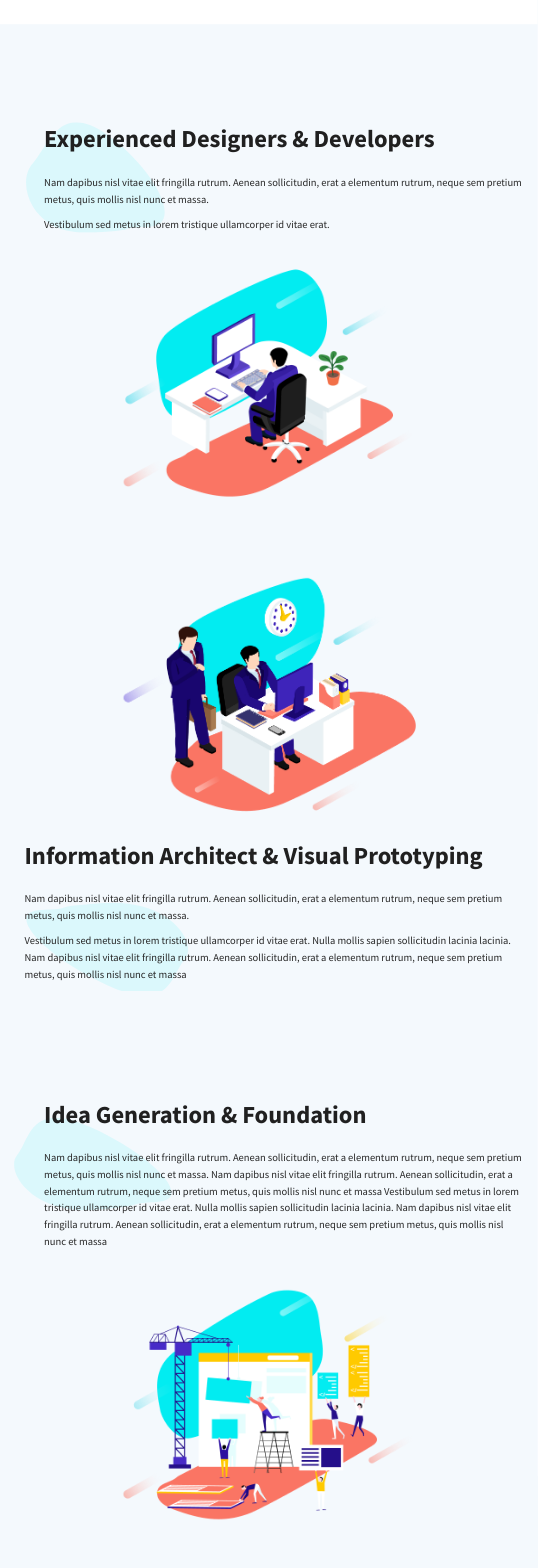
Repository: advert31337/marafon_from0to1_MartaUP
Page: index.html
The author's editor kept a copy of each file at every save. The page is drawn from the files as they stood at one save, then again after the next save.
The browser window is 768 px wide. The pictures show the part of the page from y = 1521 to 3761 px (the page is 3768 px tall), at 70% of full size.

Above is the page before, as saved 2020-03-08 17:46:34.

### index.html
<!DOCTYPE html>
<html lang="en">

<head>
    <meta charset="UTF-8">
    <meta name="viewport" content="width=device-width, initial-scale=1.0">
    <title>Marafon MartaUP</title>
    <link href="https://fonts.googleapis.com/css?family=Source+Sans+Pro:400,600,700&display=swap" rel="stylesheet">
    <link rel="stylesheet" href="css/reset.css">
    <link rel="stylesheet" href="css/slick.css">
    <link rel="stylesheet" href="css/style.css">
</head>

<body>
    <header class="header">

        <div class="container">
            <div class="header__top">

                <div class="logo">
                    <a href="#!">+
                        <img src="images/logo.svg" alt="">
                    </a>
                </div>

                <nav class="menu">
                    <div class="menu__btn">
                        <span>

                        </span>
                    </div>
                    <ul class="menu__list">
                        <li><a class="menu__list-item" href="#">home</a></li>
                        <li><a class="menu__list-item" href="#">work</a></li>
                        <li><a class="menu__list-item" href="#">about</a></li>
                        <li><a class="menu__list-item" href="#">contact</a></li>
                    </ul>
                </nav>

                <div class="header-btn">
                    <a class="login" href="#">login</a>
                    <a class="sign-up" href="#">sign up</a>
                </div>

            </div>

            <div class="header-slider">
                <div class="header-slider__item">
                    <div class="header-slider__item-content">

                        <div class="header-slider__item-info">
                            <h3 class="header-slider__title">
                                We Build Apps & Websites
                                for Your Business
                            </h3>
                            <div class="header-slider__description">
                                For startups, For businesses & For you
                            </div>
                            <a href="" class="header-slider__btn">Request a quote</a>
                        </div>

                        <div class="header-slider__item-images">
                            <img src="images/slider-img.png" alt="">
                        </div>
                    </div>
                </div>


                <div class="header-slider__item">
                    <div class="header-slider__item-content">

                        <div class="header-slider__item-info">
                            <h3 class="header-slider__title">
                                We Build Apps & Websites
                                for Your Business
                            </h3>
                            <div class="header-slider__description">
                                For startups, For businesses & For you
                            </div>
                            <a href="" class="header-slider__btn">Request a quote</a>
                        </div>

                        <div class="header-slider__item-images">
                            <img src="images/slider-img.png" alt="">
                        </div>
                    </div>
                </div>


                <div class="header-slider__item">
                    <div class="header-slider__item-content">

                        <div class="header-slider__item-info">
                            <h3 class="header-slider__title">
                                We Build Apps & Websites
                                for Your Business
                            </h3>
                            <div class="header-slider__description">
                                For startups, For businesses & For you
                            </div>
                            <a href="" class="header-slider__btn">Request a quote</a>
                        </div>

                        <div class="header-slider__item-images">
                            <img src="images/slider-img.png" alt="">
                        </div>
                    </div>
                </div>


                <div class="header-slider__item">
                    <div class="header-slider__item-content">

                        <div class="header-slider__item-info">
                            <h3 class="header-slider__title">
                                We Build Apps & Websites
                                for Your Business
                            </h3>
                            <div class="header-slider__description">
                                For startups, For businesses & For you
                            </div>
                            <a href="" class="header-slider__btn">Request a quote</a>
                        </div>

                        <div class="header-slider__item-images">
                            <img src="images/slider-img.png" alt="">
                        </div>
                    </div>
                </div>


                <div class="header-slider__item">
                    <div class="header-slider__item-content">

                        <div class="header-slider__item-info">
                            <h3 class="header-slider__title">
                                We Build Apps & Websites
                                for Your Business
                            </h3>
                            <div class="header-slider__description">
                                For startups, For businesses & For you
                            </div>
                            <a href="" class="header-slider__btn">Request a quote</a>
                        </div>

                        <div class="header-slider__item-images">
                            <img src="images/slider-img.png" alt="">
                        </div>
                    </div>
                </div>
            </div>

        </div>

    </header>

    <section class="specialised">
        <div class="container">
            <div class="specialised__title title">
                We are specialised in
            </div>
            <div class="specialised__items">
                <div class="specialised__item">
                    <div class="specialised__item-img">
                        <img src="images/specialise-1.svg" alt="">
                    </div>

                    <div class="specialise__item-title">
                        UI/UX Design
                    </div>
                    <div class="specialise__item-text">
                        In hac habitasse platea dictumstmus adipiscing fermentum quam volutpat aliquam. Integer cilisis tristique.
                    </div>
                </div>
                <div class="specialised__item">
                    <div class="specialised__item-img">
                        <img src="images/specialise-2.svg" alt="">
                    </div>
                    <div class="specialise__item-title">
                        Web Development
                    </div>
                    <div class="specialise__item-text">
                        In hac habitasse platea dictumstmus adipiscing fermentum quam volutpat aliquam. Integer cilisis tristique.
                    </div>
                </div>
                <div class="specialised__item">
                    <div class="specialised__item-img">
                        <img src="images/specialise-3.svg" alt="">
                    </div>
                    <div class="specialise__item-title">
                        App Development
                    </div>
                    <div class="specialise__item-text">
                        In hac habitasse platea dictumstmus adipiscing fermentum quam volutpat aliquam. Integer cilisis tristique.
                    </div>
                </div>
            </div>
        </div>
    </section>

    <section class="advantages">
        <div class="container">

            <div class="advantages-box">
                <div class="advantages-box__info">
                    <div class="advantages-box__title">
                        Experienced Designers & Developers
                    </div>
                    <div class="advantages-box__text">
                        <p>
                            Nam dapibus nisl vitae elit fringilla rutrum. Aenean sollicitudin, erat a elementum rutrum, neque sem pretium metus, quis mollis nisl nunc et massa.
                        </p>
                        <p>
                            Vestibulum sed metus in lorem tristique ullamcorper id vitae erat.
                        </p>
                    </div>
                </div>

                <div class="advantages-box__img">
                    <img src="images/advantages-1.png" alt="">
                </div>
            </div>

            <div class="advantages-box advantages-box--right">
                <div class="advantages-box__info">
                    <div class="advantages-box__title">
                        Information Architect &
                        Visual Prototyping
                    </div>
                    <div class="advantages-box__text">
                        <p>
                            Nam dapibus nisl vitae elit fringilla rutrum. Aenean sollicitudin, erat a elementum rutrum, neque sem pretium metus, quis mollis nisl nunc et massa.
                        </p>
                        <p>
                            Vestibulum sed metus in lorem tristique ullamcorper id vitae erat. Nulla mollis sapien sollicitudin lacinia lacinia. Nam dapibus nisl vitae elit fringilla rutrum. Aenean sollicitudin, erat a elementum rutrum, neque sem pretium metus, quis mollis nisl nunc et massa
                        </p>
                    </div>
                </div>
                <div class="advantages-box__img">
                    <img src="images/advantages-2.png" alt="">
                </div>
            </div>

            <div class="advantages-box">
                <div class="advantages-box__info advantages-box__info--bg">
                    <div class="advantages-box__title">
                        Idea Generation & Foundation
                    </div>
                    <div class="advantages-box__text">
                        <p>
                            Nam dapibus nisl vitae elit fringilla rutrum. Aenean sollicitudin, erat a elementum rutrum, neque sem pretium metus, quis mollis nisl nunc et massa. Nam dapibus nisl vitae elit fringilla rutrum. Aenean sollicitudin, erat a elementum rutrum, neque sem pretium metus, quis mollis nisl nunc et massa    Vestibulum sed metus in lorem tristique ullamcorper id vitae erat. Nulla mollis sapien sollicitudin lacinia lacinia. Nam dapibus nisl vitae elit fringilla rutrum. Aenean sollicitudin, erat a elementum rutrum, neque sem pretium metus, quis mollis nisl nunc et massa
                        </p>
                    </div>
                </div>

                <div class="advantages-box__img">
                    <img src="images/advantages-3.png" alt="">
                </div>
            </div>
        </div>
    </section>

    <!-- <section class="reviews">
        <div class="container">
            <div class="reviews__title title">
                Don’t Just Take Our Words
            </div>
            <div class="reviews__items">

                <div class="reviews__item">
                    <div class="reviews__item-head">
                        <img src="images/rev-1.jpg" alt="">
                        <div class="reviews__item-info">
                            <div class="reviews__item-name">
                                Arakat Bank
                            </div>
                            <div class="reviews__item-position">
                                International Bank Ltd.
                            </div>
                        </div>
                    </div>
                    <div class="reviews__item-text">
                        Fusce vehicula dolor arcu, sit amet blandit dolor mollis nec. Donec viverra eleifend lacus, vitae ullamcorper metus. Sed sollicitudin ipsum.
                    </div>
                </div>

                <div class="reviews__item">
                    <div class="reviews__item-head">
                        <img src="images/rev-2.jpg" alt="">
                        <div class="reviews__item-info">
                            <div class="reviews__item-name">
                                Chrsitopher Company Ltd.
                            </div>
                            <div class="reviews__item-position">
                                Design & Development
                            </div>
                        </div>
                    </div>
                    <div class="reviews__item-text">
                        Fusce vehicula dolor arcu, sit amet blandit dolor mollis nec. Donec viverra eleifend lacus, vitae ullamcorper metus. Sed sollicitudin ipsum.
                    </div>
                </div>

                <div class="reviews__item">
                    <div class="reviews__item-head">
                        <img src="images/rev-3.jpg" alt="">
                        <div class="reviews__item-info">
                            <div class="reviews__item-name">
                                Jigsawlab Studio Inc.
                            </div>
                            <div class="reviews__item-position">
                                Interactive Prototyping
                            </div>
                        </div>
                    </div>
                    <div class="reviews__item-text">
                        Fusce vehicula dolor arcu, sit amet blandit dolor mollis nec. Donec viverra eleifend lacus, vitae ullamcorper metus. Sed sollicitudin ipsum.
                    </div>
                </div>

            </div>
        </div>
    </section> -->

    <!-- <footer class="footer">
        <div class="container">
            <div class="footer__inner">
                <div class="footer__link">
                    <a href="#">About Martaup</a>
                    <a href="#">Help</a>
                    <a href="#">Privacy Policy</a>
                </div>
                <div class="footer__copy">
                    © 2013-2018 All rights reserved.
                </div>
            </div>
        </div>
    </footer> -->


    <script src="https://ajax.googleapis.com/ajax/libs/jquery/3.4.1/jquery.min.js"></script>
    <script src="js/slick.min.js"></script>
    <script src="js/main.js"></script>
</body>

</html>

### css/style.css
*{
    box-sizing: border-box;
}

body {
    font-family: 'Source Sans Pro', sans-serif;
    font-size: 15px;
    line-height: 24px;
}

a {
    text-decoration: none;
    color: inherit;
}
.header {
    background-image: url('../images/header-bg.jpg');
    min-height: 793px;
    background-repeat: no-repeat;
    background-size: cover;
    background-position: top center;
}

.container {
    max-width: 1200px;
    margin: 0 auto;
    padding: 0 15px 0 15px;

}

.header__top {
    display: flex;
    justify-content: space-between;
    height: 100px;
    align-items: center;
}

.menu__list {
    display: flex;
}

.menu__list li + li {
    padding-left: 50px;

}

.login {
    margin-right: 44px;
    color: #fff;
    text-transform: uppercase;
    font-weight: 600;
}

.menu__list a{
    opacity: 0.5;
    color: #fff;
    font-weight: 600;
    text-transform: uppercase;
    transition: all 0.5s;
}

.menu__list a:hover {
    opacity: 1;
}

.sign-up {
    text-transform: uppercase;
    color: #250f8a;
    font-weight: 600;
    background-color: #fff;
    padding: 8px 43px;
    border-radius: 20px;

}

.header-slider {
    padding-top: 111px;
}
.header-slider__item {

}
.header-slider__item-content {
    display: flex;
    justify-content: space-between;
}
.header-slider__item-info {
    max-width: 506px;
    color:#fff;
}
.header-slider__title {
    font-weight: 700;
    font-size: 45px;
    line-height: 60px;
    margin-bottom: 10px;
}
.header-slider__description {
    line-height: 55px;
    font-size: 24px;
    margin-bottom: 60px;
}
.header-slider__btn {
    font-weight: 600;
    text-transform: uppercase;
    color: #250F8A;
    padding: 13px 39px;
    background-color: #FFCA00;
    border-radius: 25px;
}
.header-slider__item-images {
    margin: 10px 82px 0 0;
}

.header-dots{
    list-style: none;
    position: absolute;
    right: 0;
    top: 50%;
    transform: translateY(-50%)
}

.header-dots button {
    border: none;
    background-color: #fff;
    opacity: 0.5;
    font-size: 0;
    padding: 0;
    width: 7px;
    height: 7px;
    border-radius: 3.5px;
    cursor: pointer;
    outline: none;
    margin: 10px auto;
    display: block;
}

.header-dots .slick-active button{
    width: 15px;
    opacity: 1;
}

.specialised{
    padding: 55px 0 93px;
    background-image: url(../images/special-bg.svg);
    background-position: left bottom;
    background-repeat: no-repeat;
    color: #202020;
    text-align: center;
}

.specialised__title {
    margin-bottom: 96px;
}
.title {
    font-size: 35px;
    line-height: 45px;
    font-weight: 700;
    text-align: center;
}

.specialised__items {
    display: flex;
    justify-content: space-between;
    max-width: 980px;
    margin: 0 auto;

}
.specialised__item {
    width: 280px;
}
.specialised__item-img {
    margin-bottom: 23px;
    min-height: 159px;
}
.specialise__item-title {
    margin-bottom: 11px;
    font-size: 20px;
    font-weight: 700;
}
.specialise__item-text {
   padding: 0 10px;
   color: #272727;
   opacity: 0.7;
}


.advantages {
    padding-top: 64px;
    background: #f4f9fd;
    background-image: url(../images/advantages-bg.svg);
    background-repeat: no-repeat;
    background-position: center right;
}

.advantages-box {
    display: flex;
    justify-content: space-between;
    padding-bottom: 76px;
}

 .advantages-box--right .advantages-box__info{
    order: 1;
    background-image: url(../images/title-bg-2.svg);
    background-position: 22px 130px;
}
.advantages-box__info {
    max-width: 455px;
    padding-top: 60px;
    background-image: url(../images/title-bg-1.svg);
    background-repeat: no-repeat;
    background-position: 22px 76px;
}

.advantages-box__info--bg{
    background-image: url(../images/title-bg-3.svg);
    background-position: 5px 105px;
}


.advantages-box__title {
    color: #202020;
    font-size: 35px;
    line-height: 45px;
    font-weight: 700;
    padding: 68px 0 15px 48px;

}
.advantages-box__text {
    padding-left: 48px;
    color: #272727;
}

.advantages-box__text p{
    margin: 12px 0;
}


.reviews {
    background-image: url(../images/reviews-bg.jpg);
    background-repeat: no-repeat;
    background-position: top center;
    background-size: cover;
    padding: 38px 53px;
}

.reviews__title {
    color: #fff;
    margin: 0 auto 48px;
    max-width: 384px;
}
.reviews__items {
    max-width: 940px;
    margin: 0 auto;
    display: flex;
    justify-content: space-between;
}
.reviews__item {
    width: 300px;
    border-radius: 5px;
    background-color: rgba(255, 255, 255, .2);
    padding: 35px 20px;
    color: #fff;
}
.reviews__item-head {
    margin-bottom: 13px;
    display: flex;
}

.reviews__item-head img{
    border-radius: 50%;
    margin-right: 20px;
}

.reviews__item-name {
    font-weight: 600;
}
.reviews__item-position {
    opacity: .5;
}
.reviews__item-text {
    text-align: center;
    padding-top: 39px;
    position: relative;
}

.reviews__item-text::before{
    content: "“";
    font-size: 40px;
    line-height: 55px;
    font-weight: 700;
    position: absolute;
    top: 0;
    left: 0;
    right: 0;
}

.footer{

}

.footer__inner {
    display: flex;
    justify-content: space-between;
    align-items: center;
    height: 61px;
    color: #272727;
    padding: 0 40px;
}
.footer__link a + a {
    margin-left: 20px;
}




@media (max-width: 1620px){
    .advantages{
        background-image: none;
    }
}


@media (max-width: 1201px){
    .specialised{
        background-size: 60px;
    }
}

@media (max-width: 1190px){
    .header-slider__item-images{
        margin: 50px 20px 0 0;
    }
    .header-slider__item-images img{
        width: 80%;
    }
    .header-slider__item-info{
        padding: 50px 0;
    }

    .header-slider{
        padding-top: 25px;
    }

    .advantages-box__img img{
        width: 80%
    }

    .advantages-box__img{
        text-align: center;
    }

    .advantages-box{
        justify-content: space-around;
    }

    .advantages-box--right .advantages-box__title{
        padding: 30px 0 15px 20px;
    }

    .advantages-box--right .advantages-box__text{
        padding-left: 20px;
    }

    .advantages-box--right .advantages-box__info{
        padding-right: 30px;
    }
}

@media (max-width: 1080px){
    .specialised{
        background-image: none;
    }

    .advantages-box__info{
        padding-top: 10px;
    }

    .advantages-box--right .advantages-box__info{
        padding-right: 10px;
    }

    .advantages-box__img{
        width: 71%;
        margin-top: 40px;
    }
}


@media (max-width: 924px){
    .header__top{
        flex-wrap: wrap;
    }

    .header-btn{
        width: 100%;
        text-align: right;
    }

    .login{
        margin-right: 30px;
    }

}

@media (max-width: 900px){
    .header-slider__item-images{
        display: none;
    }
}

@media (max-width: 858px) {
    .advantages-box__info{
        max-width: 100%;
        flex-wrap: wrap;
    }

    .advantages-box{
        flex-wrap: wrap;
    }
}

@media (max-width: 775px) {
    .specialised{
        padding: 20px 0 40px;
    }

    .specialised__title{
        margin-bottom: 40px;
    }

    .specialised__items{
        flex-wrap: wrap;
    }

    .specialised__item{
        width: 50%;
        margin-bottom: 20px;
    }
}

@media (max-width: 570px) {
    .menu__list{
        display: none;
        position: absolute;
        top: 120px;
        left: 0;
        text-align: center;
        width: 100%;
        background-color: #1a50a8;
        z-index: 5;
    }

    .menu__list li + li{
        padding-left: 0;
    }

    .menu__list a{
        display: block;
        padding: 10px;
    }

    .menu__btn{
        width: 30px;
        height: 20px;
        position: relative;

    }

    .menu__btn span{
        width: 100%;
        height: 2px;
        background-color: #fff;
        top:9px;
        position: absolute;
    }

    .menu__btn::after,
    .menu__btn::before{
        content: "";
        height: 2px;
        width: 100%;
        background-color: #fff;
        position: absolute;
    }

    .menu__btn::after{
        top: 0;
    }

    .menu__btn::before{
        bottom: 0;
    }

    .header-slider__item-info{
        padding: 10px 30px 10px 0;
    }

    .header{
        min-height: 580px;
    }

    .header-slider__description{
        margin-bottom: 20px;
        font-size: 20px;
        line-height: 35px;
    }

    .header-slider__title{

        font-size: 35px;
        line-height: 45px;

    }


    .specialised__items{
        display: block;
    }

    .specialised__item{
        width: 100%;

    }

    .title{
        font-size: 30px;
        line-height: 40px;
    }



}

@media (min-width: 570px){
    .menu__list{
        display: flex !important;
    }

}

### js/main.js
$(function(){
    $('.header-slider').slick({
        arrows: false,
        vertical: true,
        dots: true,
        dotsClass: 'header-dots',
        autoplay: 2000,

    })

    $('.menu__btn').on('click', function(){
        $('.menu__list').slideToggle()
    })
})

Loaded but not shown: css/reset.css (common file); css/slick.css (common file); js/slick.min.js (library)

After the next save:
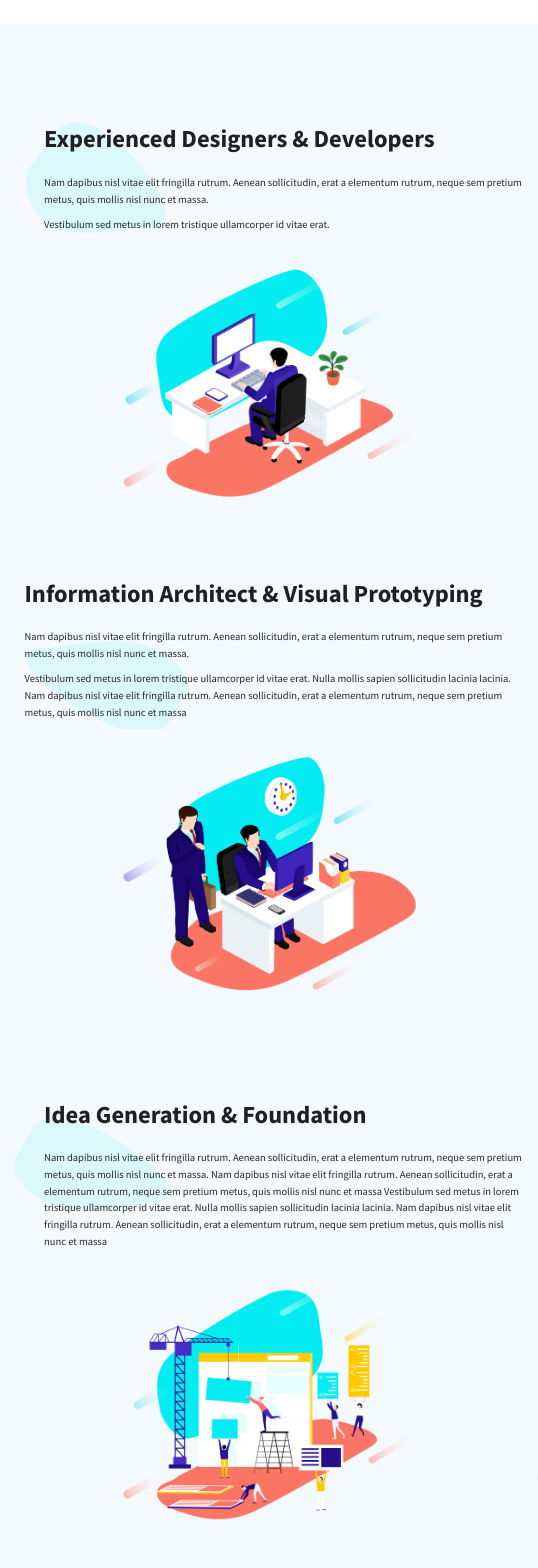
Saved 42 s later.
--- a/css/style.css
+++ b/css/style.css
@@ -415,6 +415,10 @@ a {
     .advantages-box{
         flex-wrap: wrap;
     }
+
+    .advantages-box--right .advantages-box__info{
+        order: 0;
+    }
 }
 
 @media (max-width: 775px) {
